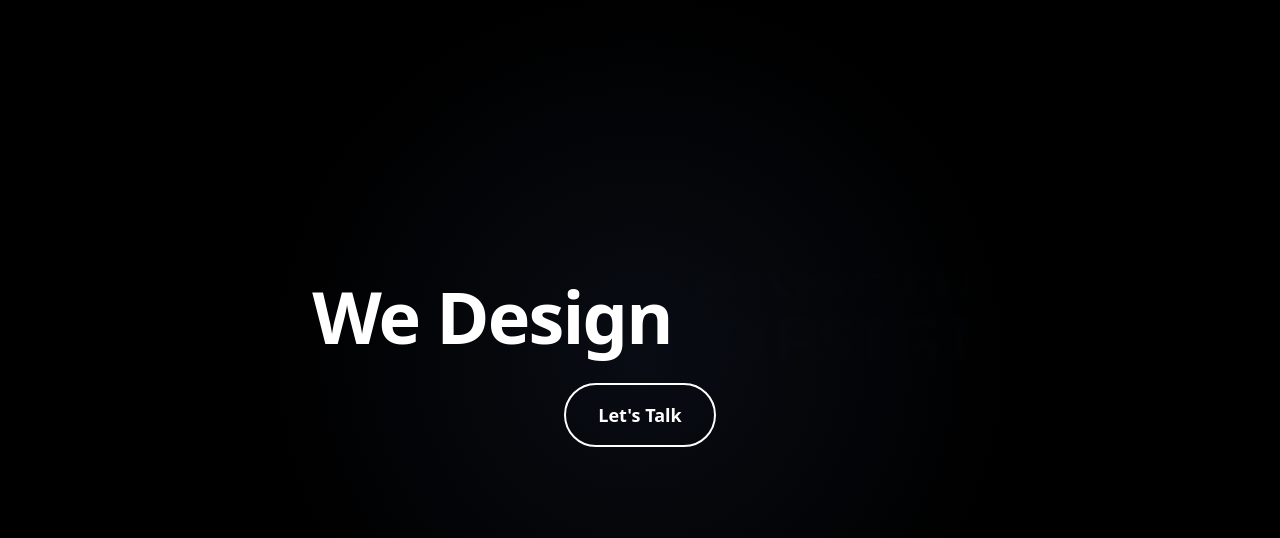
Repository: Ganesh-Bramhane/BRB_DESIGN
Page: /
An editor plug-in stored every save of this project. The page is shown before and after the next save, followed by the edit.
The browser window is 1280 px wide. The pictures show the whole page.
The project was rebuilt for these pictures with package versions that can differ from the ones it lists, and the page was loaded fresh each time.

Above is the page before, as saved 2025-12-26 00:25:25.

### src/App.jsx
// App.js
import React from 'react';
import BrandHero from './pages/BrandHero'; // Path check kar lein

function App() {
  return (
    <div>
      <BrandHero />
      {/* Baaki sections (Portfolio, Services) yaha niche aayenge */}
    </div>
  );
}

export default App;

### src/pages/BrandHero.jsx
import React, { useState, useEffect } from 'react';
import { motion, AnimatePresence } from 'framer-motion';

// Yeh woh words hain jo cycle honge. Aap inhe apne brand ke hisab se change kar sakte hain.
const words = [
  "mobile apps",
  "graphic design",
  "visual concepts",
  "design system",
  "digital marketing",
  "brand identity",
  "social media",
  "websites",
  "ecommerce",
  "shopify",
  "brands that connect",
  "website",
];

const BrandHero = () => {
  const [index, setIndex] = useState(0);

  // Word ko har 2.5 second mein change karne ka logic
  useEffect(() => {
    const interval = setInterval(() => {
      setIndex((prevIndex) => (prevIndex + 1) % words.length);
    }, 2500);

    return () => clearInterval(interval);
  }, []);

  return (
    <section className="min-h-screen bg-black text-white flex flex-col justify-center items-center px-4 relative overflow-hidden">

      <div className="absolute inset-0 bg-[radial-gradient(circle_at_center,_var(--tw-gradient-stops))] from-gray-900 via-black to-black opacity-50"></div>

      <div className="relative z-10 text-center max-w-4xl mx-auto">

        <h1 className="text-4xl md:text-6xl lg:text-7xl font-extrabold tracking-tight mb-6 flex flex-col md:flex-row items-center justify-center gap-2 md:gap-4">
          <span className="whitespace-nowrap">We Design</span>

          <div className="relative h-[1.2em] w-[220px] md:w-[280px] flex justify-center md:justify-start overflow-hidden text-blue-400">
            <AnimatePresence mode="wait">
              <motion.span
                key={words[index]}
                initial={{ y: 40, opacity: 0 }}
                animate={{ y: 0, opacity: 1 }}
                exit={{ y: -40, opacity: 0 }}
                transition={{ duration: 0.5, ease: "easeOut" }}
                className="absolute font-black uppercase tracking-wider"
              >
                {words[index]}
              </motion.span>
            </AnimatePresence>
          </div>
        </h1>

        {/* <p className="text-gray-400 text-lg md:text-xl mb-12 max-w-2xl mx-auto">
          Crafting digital experiences that leave a lasting impression. Turn visitors into loyal customers.
        </p> */}

        {/* SAME BUTTON — JUST WHATSAPP LINK ADDED */}
        <motion.a
          href="https://wa.me/918766440104"
          target="_blank"
          rel="noopener noreferrer"
          whileHover={{ scale: 1.05, backgroundColor: "#ffffff", color: "#000000" }}
          whileTap={{ scale: 0.95 }}
          className="px-8 py-4 border-2 border-white text-white font-bold rounded-full text-lg transition-colors duration-300 ease-in-out focus:outline-none focus:ring-2 focus:ring-white focus:ring-offset-2 focus:ring-offset-black inline-block"
        >
          Let's Talk
        </motion.a>
      </div>
    </section>
  );
};

export default BrandHero;

Loaded but not shown: public/index.html (common file); src/index.js (common file); src/index.css (common file); tailwind.config.js (common file)

After the next save:
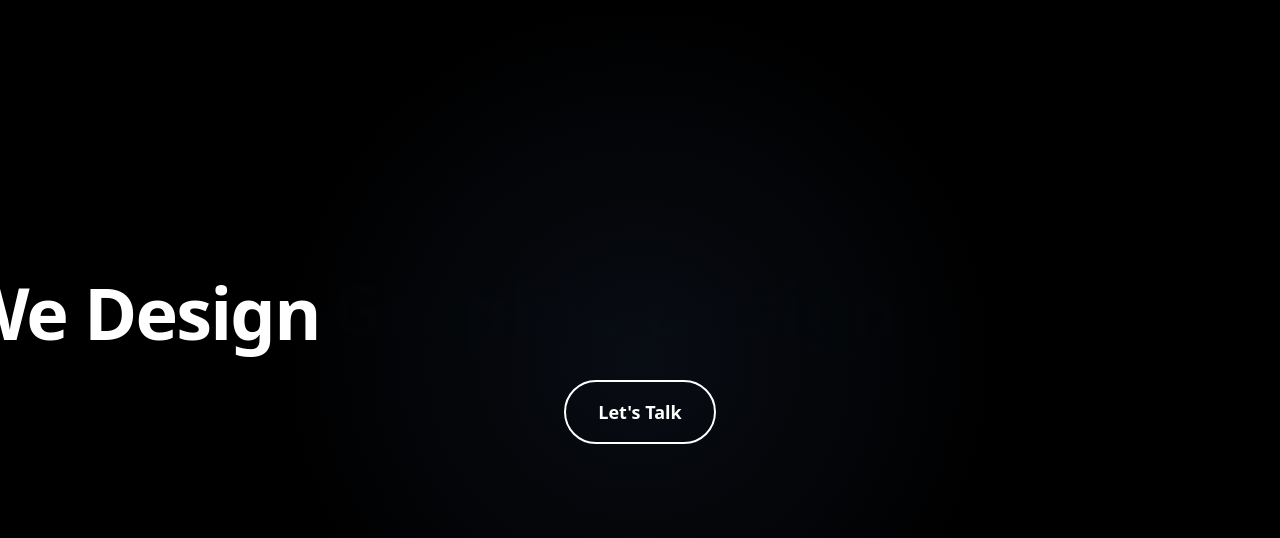
Saved 36 s later.
--- a/src/pages/BrandHero.jsx
+++ b/src/pages/BrandHero.jsx
@@ -1,7 +1,6 @@
 import React, { useState, useEffect } from 'react';
 import { motion, AnimatePresence } from 'framer-motion';
 
-// Yeh woh words hain jo cycle honge. Aap inhe apne brand ke hisab se change kar sakte hain.
 const words = [
   "mobile apps",
   "graphic design",
@@ -20,7 +19,6 @@
 const BrandHero = () => {
   const [index, setIndex] = useState(0);
 
-  // Word ko har 2.5 second mein change karne ka logic
   useEffect(() => {
     const interval = setInterval(() => {
       setIndex((prevIndex) => (prevIndex + 1) % words.length);
@@ -30,16 +28,19 @@
   }, []);
 
   return (
-    <section className="min-h-screen bg-black text-white flex flex-col justify-center items-center px-4 relative overflow-hidden">
+    <section className="min-h-screen bg-black text-white flex justify-center items-center px-4 relative overflow-hidden">
 
       <div className="absolute inset-0 bg-[radial-gradient(circle_at_center,_var(--tw-gradient-stops))] from-gray-900 via-black to-black opacity-50"></div>
 
-      <div className="relative z-10 text-center max-w-4xl mx-auto">
+      <div className="relative z-10 text-center max-w-5xl mx-auto">
 
-        <h1 className="text-4xl md:text-6xl lg:text-7xl font-extrabold tracking-tight mb-6 flex flex-col md:flex-row items-center justify-center gap-2 md:gap-4">
-          <span className="whitespace-nowrap">We Design</span>
+        {/* ✅ ONE LINE – MOBILE + DESKTOP */}
+        <h1 className="text-4xl md:text-6xl lg:text-7xl font-extrabold tracking-tight mb-8 flex justify-center items-center gap-3 whitespace-nowrap">
 
-          <div className="relative h-[1.2em] w-[220px] md:w-[280px] flex justify-center md:justify-start overflow-hidden text-blue-400">
+          <span>We Design</span>
+
+          {/* ✅ Animated text – no cut */}
+          <span className="relative inline-flex min-w-[24ch] justify-start text-blue-400">
             <AnimatePresence mode="wait">
               <motion.span
                 key={words[index]}
@@ -47,29 +48,27 @@
                 animate={{ y: 0, opacity: 1 }}
                 exit={{ y: -40, opacity: 0 }}
                 transition={{ duration: 0.5, ease: "easeOut" }}
-                className="absolute font-black uppercase tracking-wider"
+                className="absolute font-black capitalize tracking-wide whitespace-nowrap"
               >
                 {words[index]}
               </motion.span>
             </AnimatePresence>
-          </div>
+          </span>
+
         </h1>
 
-        {/* <p className="text-gray-400 text-lg md:text-xl mb-12 max-w-2xl mx-auto">
-          Crafting digital experiences that leave a lasting impression. Turn visitors into loyal customers.
-        </p> */}
-
-        {/* SAME BUTTON — JUST WHATSAPP LINK ADDED */}
+        {/* WhatsApp Button */}
         <motion.a
           href="https://wa.me/918766440104"
           target="_blank"
           rel="noopener noreferrer"
           whileHover={{ scale: 1.05, backgroundColor: "#ffffff", color: "#000000" }}
           whileTap={{ scale: 0.95 }}
-          className="px-8 py-4 border-2 border-white text-white font-bold rounded-full text-lg transition-colors duration-300 ease-in-out focus:outline-none focus:ring-2 focus:ring-white focus:ring-offset-2 focus:ring-offset-black inline-block"
+          className="inline-block px-8 py-4 border-2 border-white text-white font-bold rounded-full text-lg transition-colors duration-300 ease-in-out"
         >
           Let's Talk
         </motion.a>
+
       </div>
     </section>
   );
